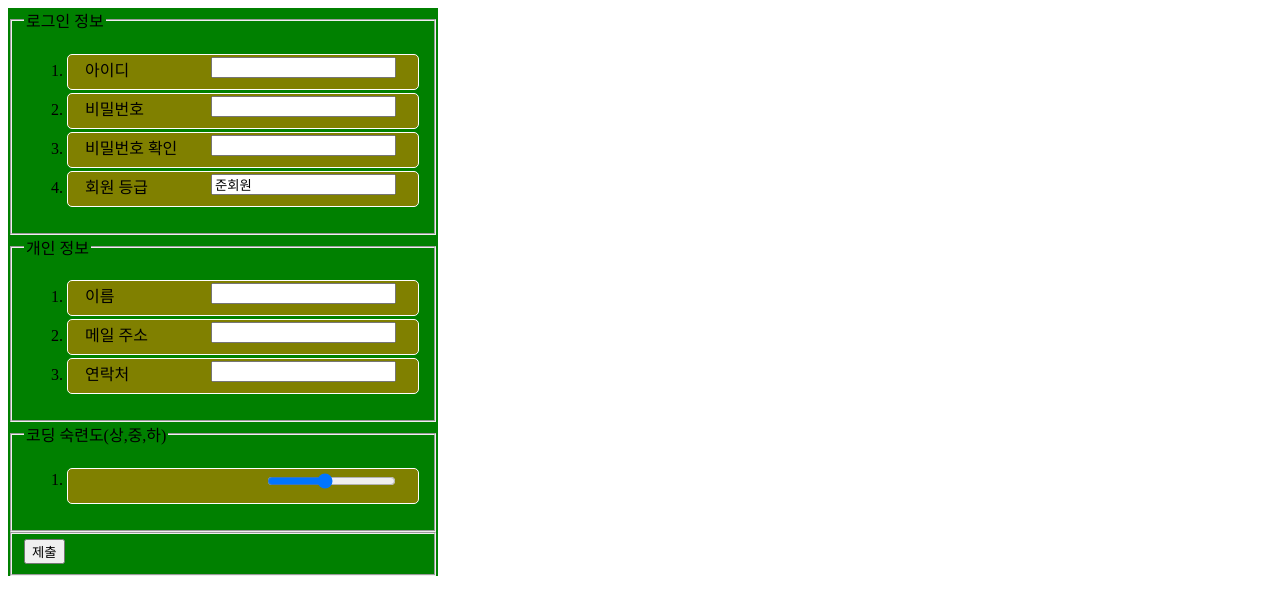
Repository: giwon8701/Qclass_KH
Page: Workspace_Java/testWebProject/test.html
The author's editor kept a copy of each file at every save. The page is drawn from the files as they stood at one save, then again after the next save.
The browser window is 1280 px wide. The pictures show the whole page.

Above is the page before, as saved 2021-01-11 02:30:10.

After the next save:
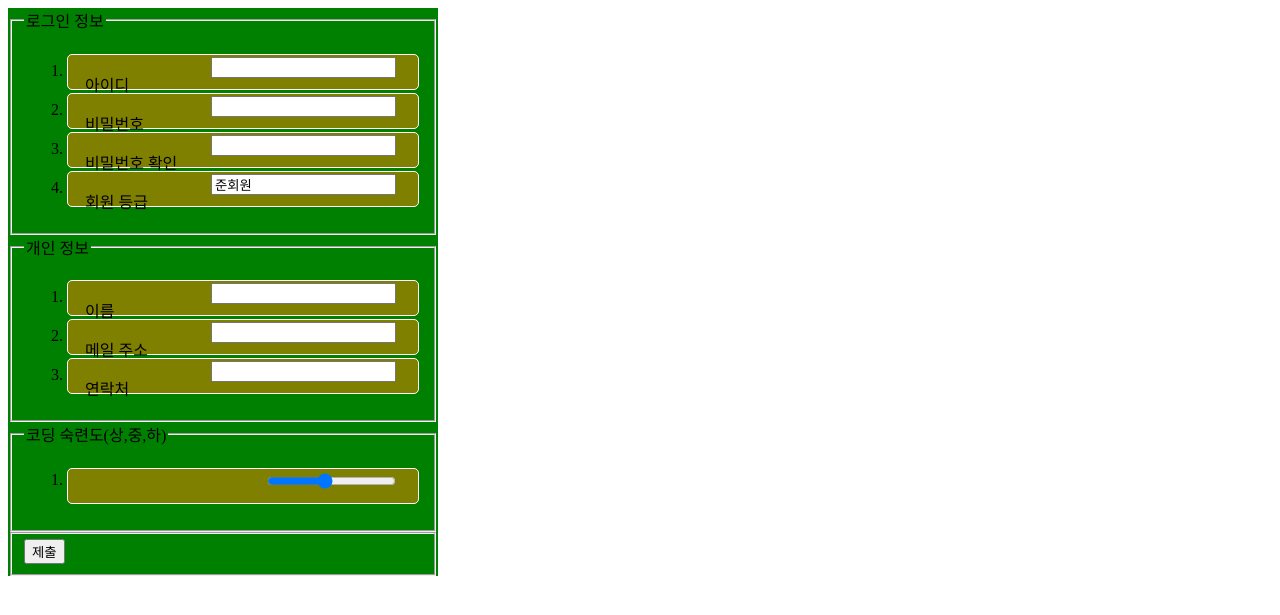
Saved 26 s later.
--- a/Workspace_Java/testWebProject/test_css.css
+++ b/Workspace_Java/testWebProject/test_css.css
@@ -13,6 +13,7 @@
 	background: olive;
 }
 .navi ol li label {
+	position: relative;
 	width: 100px;
 	padding: 15px;
 	top:50%;

After the save that followed:
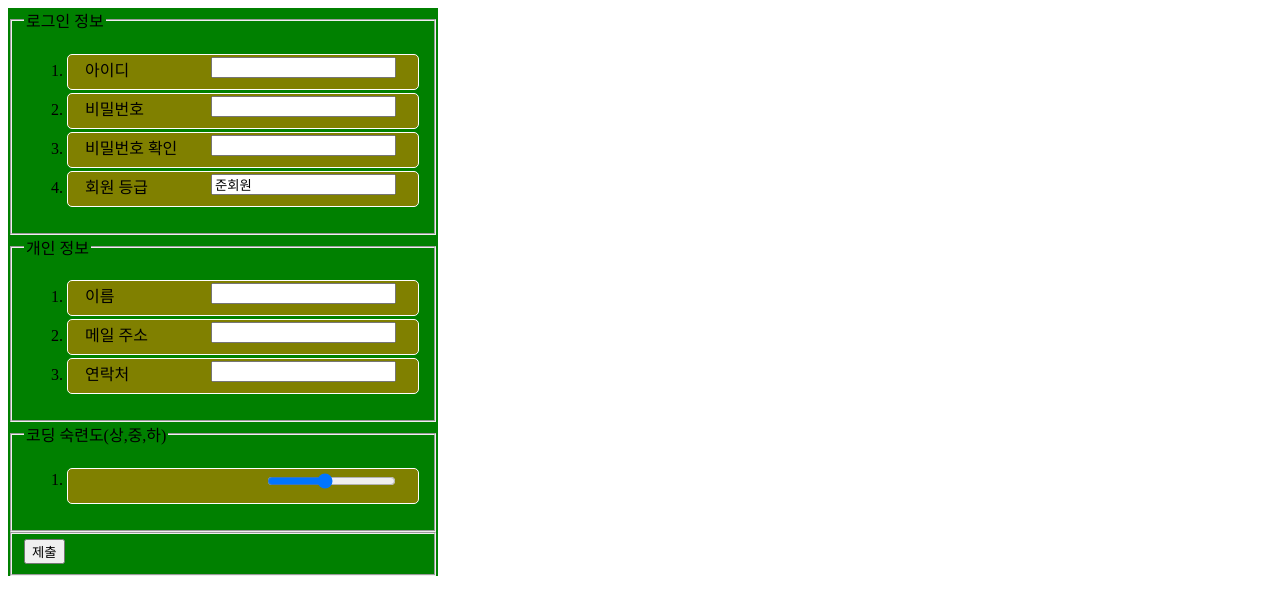
Saved 14 s later.
--- a/Workspace_Java/testWebProject/test_css.css
+++ b/Workspace_Java/testWebProject/test_css.css
@@ -11,12 +11,12 @@
 	margin: 3px;
 	padding: 2px;
 	background: olive;
+	position: relative;
+	top:50%;
 }
 .navi ol li label {
-	position: relative;
 	width: 100px;
 	padding: 15px;
-	top:50%;
 }
 .navi ol li input {
 	float: right;
